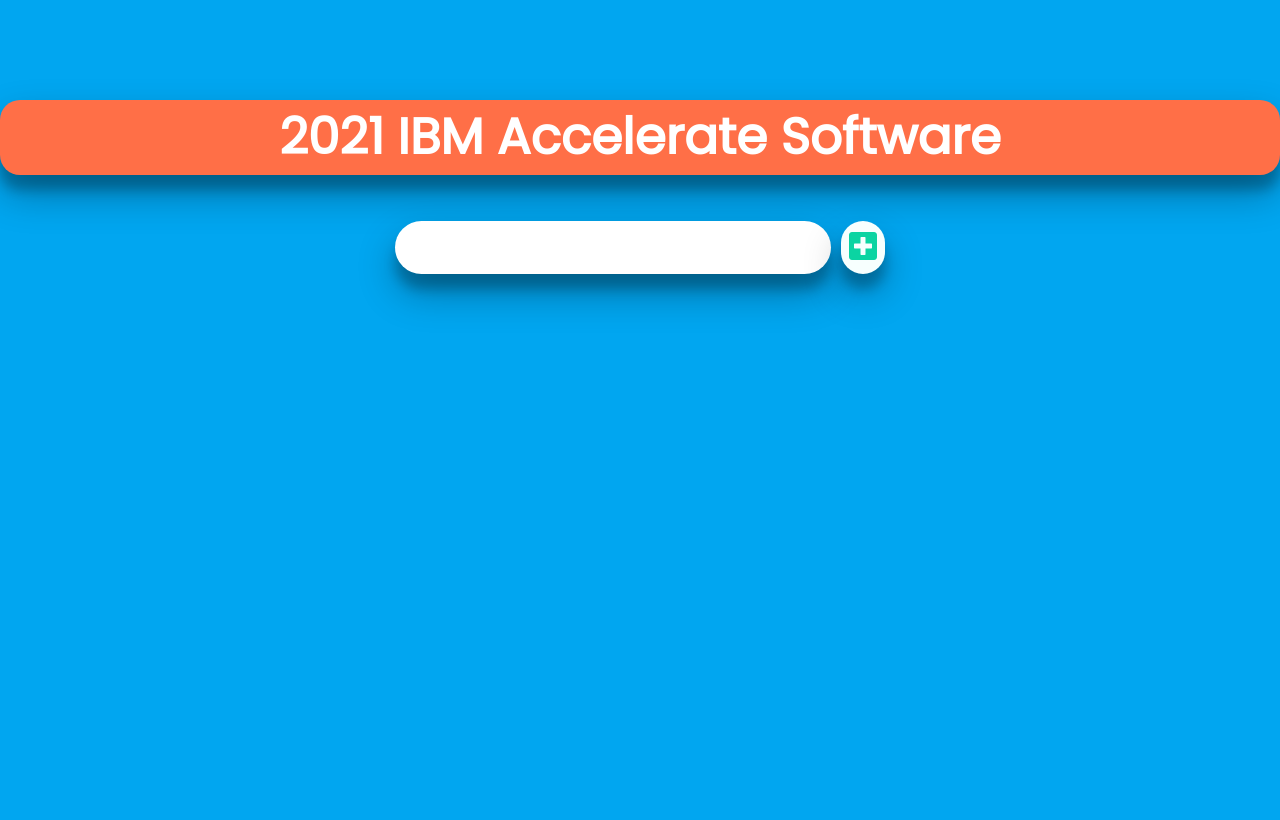
Repository: 2021-IBM-Accelerate-SW-Track/lab-1-team-34
Page: /
The author's editor kept a copy of each file at every save. The page is drawn from the files as they stood at one save, then again after the next save.
The browser window is 1280 px wide. The pictures show the whole page.
Some web libraries are served in a nearby version. The project was rebuilt for these pictures with package versions that can differ from the ones it lists, and the page was loaded fresh each time. Also part of the build but not shown: src/components/Todo.js.

Above is the page before, as saved 2021-06-16 18:35:55.

After the next save:
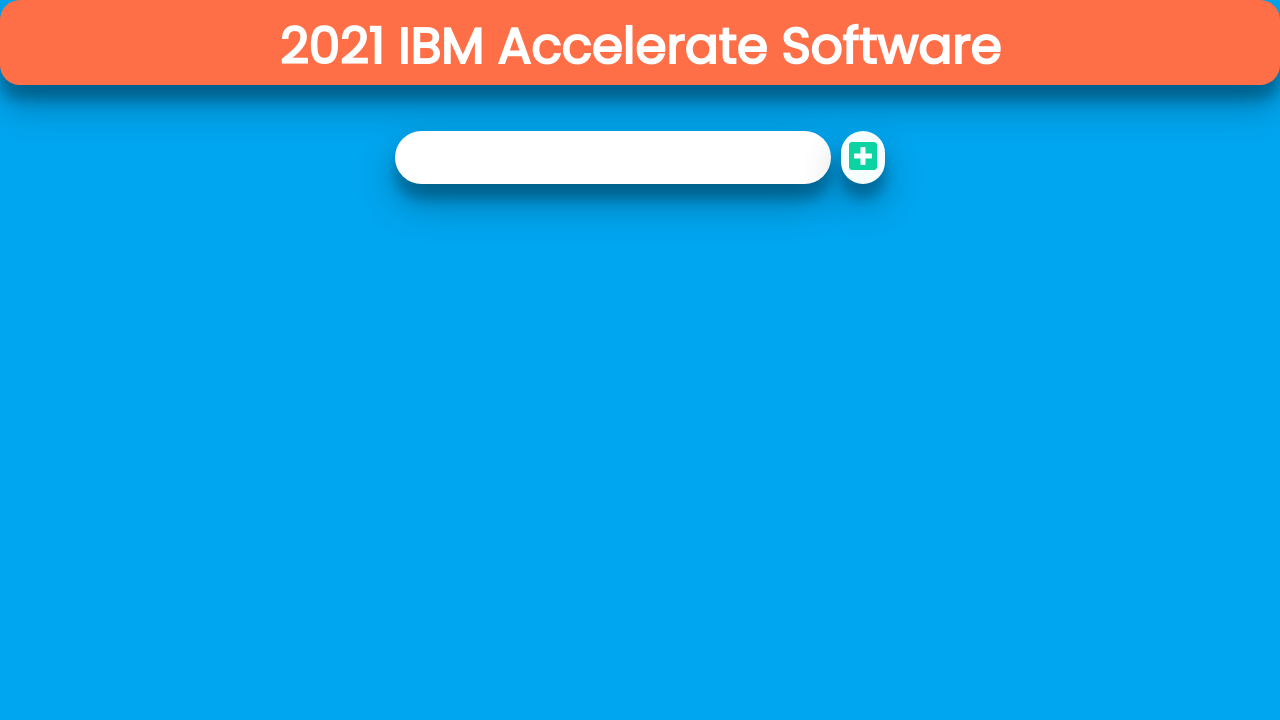
Saved 28 s later.
--- a/src/components/header/header.css
+++ b/src/components/header/header.css
@@ -7,5 +7,5 @@
   border-radius: 20px;
   box-shadow: rgba(0, 0, 0, 0.3) 0px 19px 38px,
     rgba(0, 0, 0, 0.22) 0px 15px 12px;
-  margin-top: 100px;
+  padding-top: 10px;
 }
